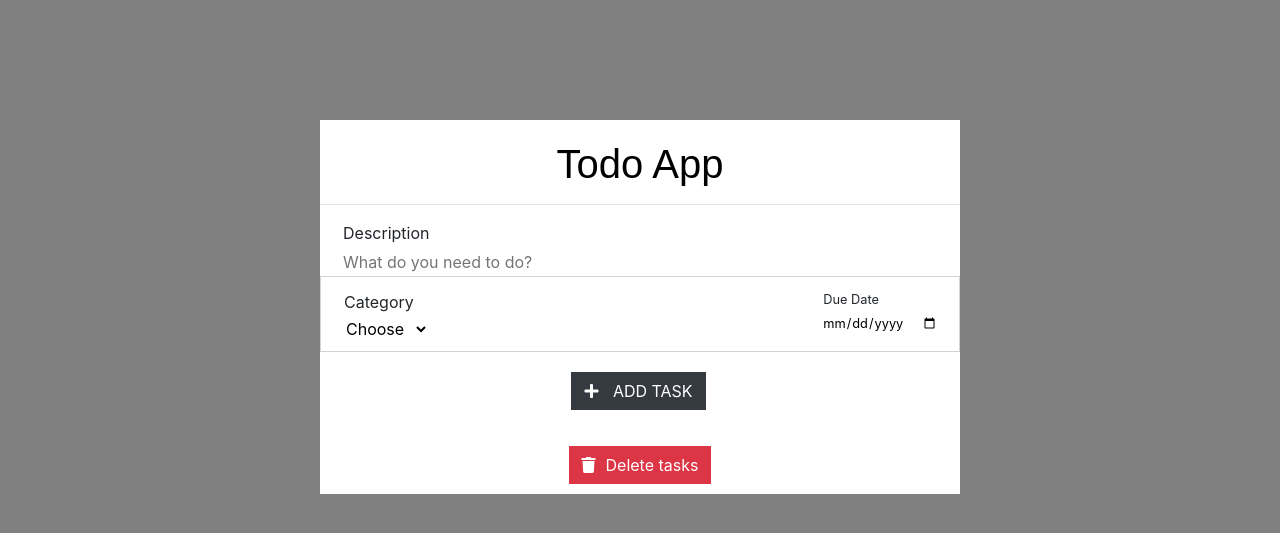
Repository: Sayan-100/Todo-List
Page: http://localhost/
The author's editor kept a copy of each file at every save. The page is drawn from the files as they stood at one save, then again after the next save.
The browser window is 1280 px wide. The pictures show the whole page.
Some web libraries are served in a nearby version. The page is served by the project's Node server (index.js). Other server files are loaded and not shown. Queries for data that is not in the repository find no rows.

Above is the page before, as saved 2021-12-29 22:00:49.
Not found: js/home.js

### views/home.ejs
<!DOCTYPE html>
<html>

<head>

    <meta charset="UTF-8">
    <meta http-equiv="X-UA-Compatible" content="IE=edge">
    <meta name="viewport" content="width=device-width, initial-scale=1.0">
    <title>
        <%= title %>
    </title>
    <link rel="stylesheet" href="https://stackpath.bootstrapcdn.com/bootstrap/4.5.2/css/bootstrap.min.css" integrity="sha384-JcKb8q3iqJ61gNV9KGb8thSsNjpSL0n8PARn9HuZOnIxN0hoP+VmmDGMN5t9UJ0Z" crossorigin="anonymous">
    <link rel="stylesheet" href="https://use.fontawesome.com/releases/v5.5.0/css/all.css" integrity="sha384-B4dIYHKNBt8Bc12p+WXckhzcICo0wtJAoU8YZTY5qE0Id1GSseTk6S+L3BlXeVIU" crossorigin="anonymous">
    <link rel="stylesheet" href="/css/style.css">

</head>

<body>

    <div class="container">
        <h1> Todo App </h1>
        <hr>
        <form id="create-form" action="/create_todo" method="POST">
            <div class="description">
                <p>Description</p>
                <input type="text" name="description" id="desc" placeholder="What do you need to do?" required>
            </div>

            <div class="options">

                <div class="cat">
                    <p>Category</p>
                    <select name="category" id="cat" required>
                        <option name="Choose" selected disabled>Choose</option> a Category</option>
                        <option name="Personal">Personal</option>
                        <option name="Work">Work</option>
                        <option name="Cleaning">Cleaning</option>
                        <option name="School">School</option>
                        <option name="others">Others</option>
                    </select>
                </div>

                <div class="date">
                    <p>Due Date</p>
                    <input type="date" name="date" placeholder="dd/mm/yyyy">
                </div>
            </div>

            <div class="buttons">
                <button type="submit" class="btn btn-dark btn-1">
                    <i class="fas fa-plus"></i>
                    ADD TASK
                </button>

            </div>

        </form>



        <!-- form attribute is used to link the button with the form  by specifying the id -->

        <form id="delete-form" action="/delete-todo" method="POST">
            <ul>
                <% for(let i of todo_list) {%>
                    <li class="single-todo">

                        <div class="check">
                            <input type="checkbox" id="check" name="<%=i._id%>" value="">
                            <!-- name attribute is used to take id of selected to do list from the from tag to the controller-->

                            <div class="desc_and_date">
                                <b>
                                    <span>
                                        <%= i.Description%>
                                    </span>
                                </b>

                                <span class="date">
                                   <i class="fas fa-calendar"></i>
                                    <%=i.DueDate%>
                                </span>
                            </div>
                        </div>

                        <div id="category">
                            <span>
                                <%= i.Category %>
                            </span>
                        </div>

                    </li>
                    <% } %>
            </ul>

            <div class="submitbtn">
                <button type="submit" class="btn btn-danger btn-2" form="delete-form"><i class="fas fa-trash"></i>Delete tasks</button>
            </div>

        </form>
    </div>



    <script type="text/javascript" src="/js/home.js">
    </script>

</body>

</html>

### index.js
const express = require('express');
const path = require('path');
const port = 8000;

const db = require('./config/mongoose');
const to_do = require('./models/to-do');

const app = express();

app.set('view engine', 'ejs');
app.set('views', path.join(__dirname, 'views'));

app.use(express.urlencoded());
app.use(express.static('assests'));
app.get('/', function(req, res) {

    //res.send('<h1>cool it is running or is it ?</h1>')
    to_do.find({}, function(err, todos) {
        if (err) {
            console.log('Error in fetching todo from db');
            return;
        }

        return res.render('home', {
            title: "My todo List",
            todo_list: todos
        });
    });

});

app.post('/delete-todo', function(req, res) {
    let id = req.query.id;
    Object.keys(req.body).forEach(function(id) {
        to_do.findByIdAndDelete(id, function(err) {
            if (err) {
                console.log('Error in deleting a object form database');
                return;
            }
        });
        return res.redirect('back');
    })
});

//   to_do.findByIdAndDelete(id, function(err) {
//         if (err) {
//             console.log('Error in deleting a object form database');
//             return;
//         }

//         return res.redirect('back');
//})
app.post('/create_todo', function(req, res) {

    console.log(req.body);
    let date = "NO DEADLINE";
    console.log('**********', date);
    if (req.body.date) {
        date = req.body.date;
    }

    to_do.create({
        Description: req.body.description,
        Category: req.body.category,
        DueDate: date

    }, function(err, newTodo) {

        if (err) {
            console.log('Error in creating a todo');
            return;
        }

        console.log('**********', newTodo);
        return res.redirect('back');

    });
});


app.listen(port, function(err) {
    if (err) {
        console.log('Error in running server');
    }

    console.log('Yup! my server is running on port', port);
});

### assests/css/style.css
body {
    background-color: gray;
    margin: 0;
}

h1 {
    color: black;
    text-align: center;
    font-family: sans-serif;
    padding: 20px 20px 0px 20px;
    margin-bottom: 0px;
}

.container {
    width: 50%;
    margin: auto;
    background-color: white;
    padding: 0px;
    margin-top: 120px;
}

.form-fill {
    display: flex;
    flex-direction: column;
}

.options {
    display: flex;
    justify-content: space-between;
}

input {
    outline: none;
    border: 1px solid transparent;
}

#desc {
    width: 100%;
}

p {
    margin: 3px;
}

select {
    outline: none;
    border: 1px solid transparent;
    background-color: white;
    width: 100%;
}

option {
    padding: 5px;
    border: 1px solid transparent;
}

.description {
    border: 0px 1px 1px 1px solid lightgray;
    padding: 0px 20px;
}

.options {
    border: 1px solid lightgray;
    padding: 10px 20px;
}

.buttons {
    display: flex;
    justify-content: center;
    padding: 20px;
}

.btn-1 {
    margin-right: 3px;
    border-radius: 0px;
}

.btn-2 {
    border-radius: 0px;
}

.submitbtn {
    display: flex;
    justify-content: center;
    padding-bottom: 10px;
}

.single-todo {
    display: flex;
    justify-content: space-between;
    align-items: center;
}

.desc_and_date {
    display: flex;
    flex-direction: column;
    margin-left: 15px;
}

.date {
    font-size: 0.8rem;
}

ul {
    padding: 0;
}

li {
    padding: 10px;
    /* padding-left:30px; */
    border: 1px solid lightgray;
}

#category {
    margin-right: 3%;
    color: white;
    padding: 4px;
    width: 80px;
    height: 45px;
    text-align: center;
}

#category:nth-of-type(2n) {
    background-color: rgb(12, 12, 63);
}

#category span {
    position: relative;
    top: 5px;
}

.check {
    display: flex;
    align-items: center;
    justify-content: flex-start;
    width: 40%;
}

li:hover {
    background-color: lightgrey;
}

@media screen and (max-width:900px) {
    .container {
        width: 70%;
    }
}

i {
    margin-right: 10px;
}

After the next save:
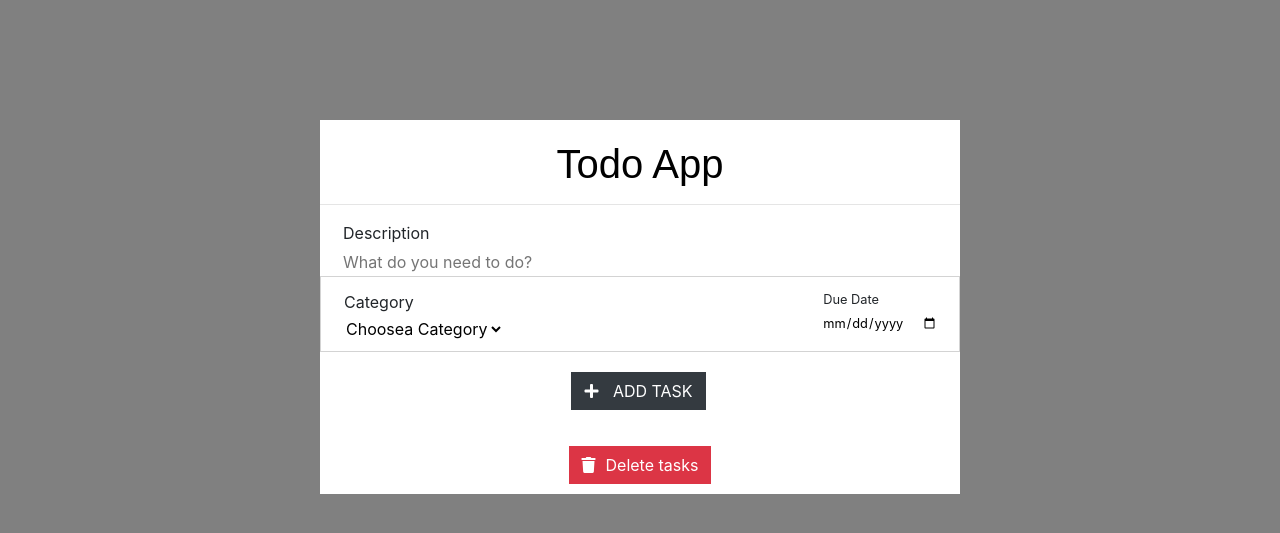
Saved 30 s later.
--- a/views/home.ejs
+++ b/views/home.ejs
@@ -31,7 +31,7 @@
                 <div class="cat">
                     <p>Category</p>
                     <select name="category" id="cat" required>
-                        <option name="Choose" selected disabled>Choose</option> a Category</option>
+                        <option name="Choose" selected disabled>Choosea Category</option>
                         <option name="Personal">Personal</option>
                         <option name="Work">Work</option>
                         <option name="Cleaning">Cleaning</option>
